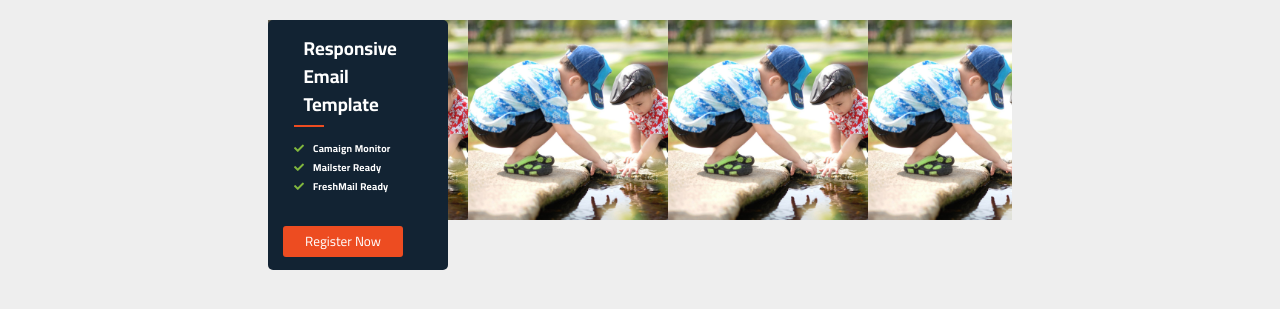
Repository: Z-ayat/Challenges
Page: Challenge 3/index.html
The author's editor kept a copy of each file at every save. The page is drawn from the files as they stood at one save, then again after the next save.
The browser window is 1280 px wide. The pictures show the whole page.

Above is the page before, as saved 2021-09-04 01:02:14.

After the next save:
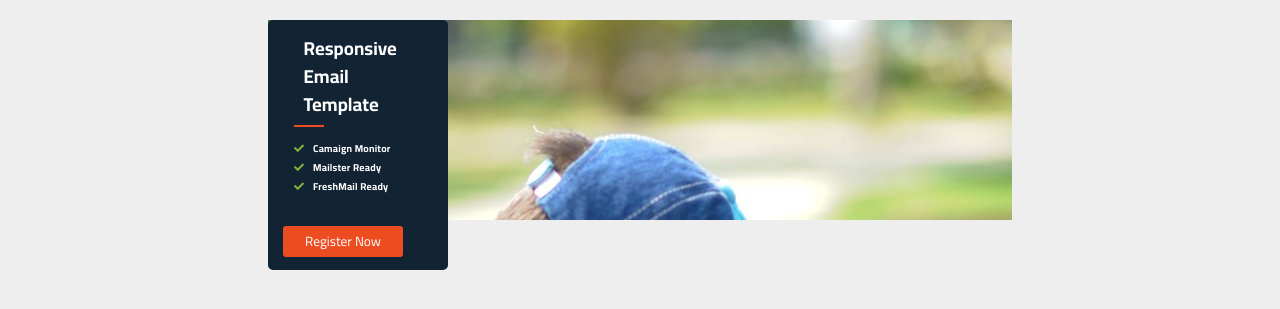
Saved 13 s later.
--- a/Challenge 3/styling/css/master.css
+++ b/Challenge 3/styling/css/master.css
@@ -37,7 +37,7 @@ div {
     width: 100%;
     height: 200px;
     background: url(../img/images-24_1080x.jpg);
-    background-size: contain;
+    background-attachment: fixed;
 }
 
 .green-right {
